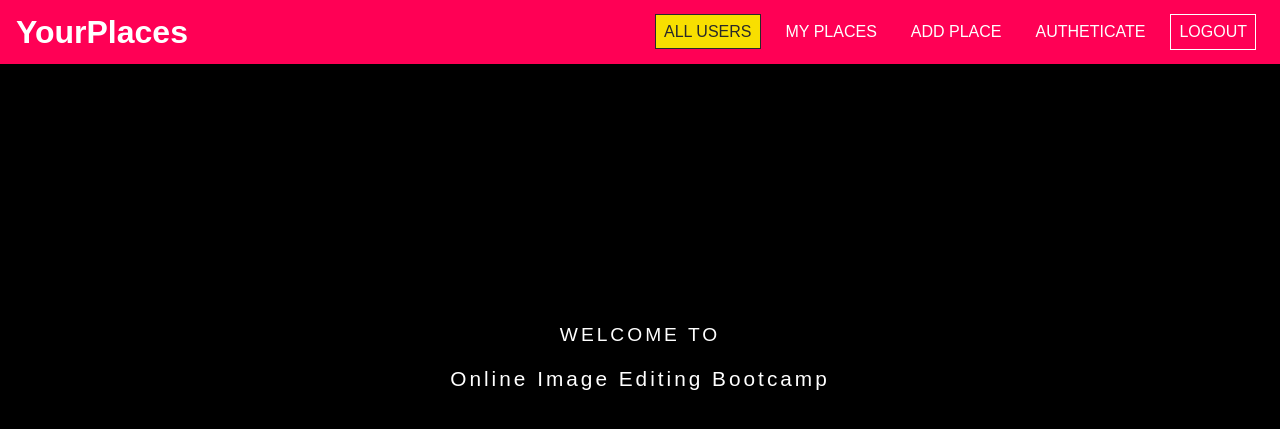
Repository: TanviSanyal/ImageEditingBootcamp
Page: /
These files come from the project's save history. The page is drawn as it stood at one moment and after the next save; the edit follows.
The browser window is 1280 px wide. The pictures show the whole page.
The project was rebuilt for these pictures with package versions that can differ from the ones it lists, and the page was loaded fresh each time. Also part of the build but not shown: src/shared/components/navigation/SideDrawer.css, src/shared/components/UIElements/Backdrop.css, src/shared/components/UIElements/Backdrop.js.

Above is the page before, as saved 2020-09-26 22:57:25.

After the next save:
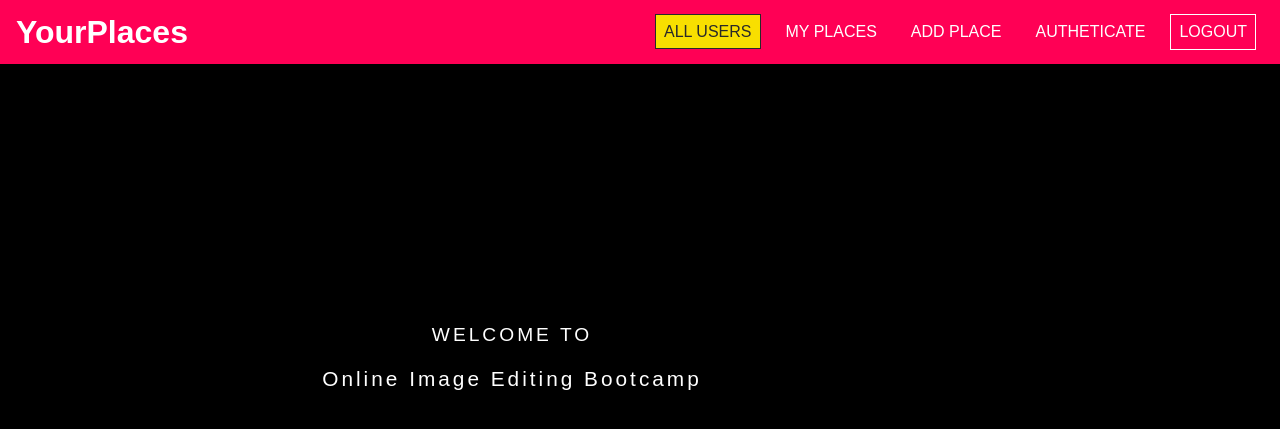
Saved 28 s later.
--- a/src/App.css
+++ b/src/App.css
@@ -7,7 +7,7 @@
   text-align: center;
   position: absolute;
   top: 40%;
-  left:50%;
+  left:40%;
   transform: translate(-50%,-50%);
 }
 
